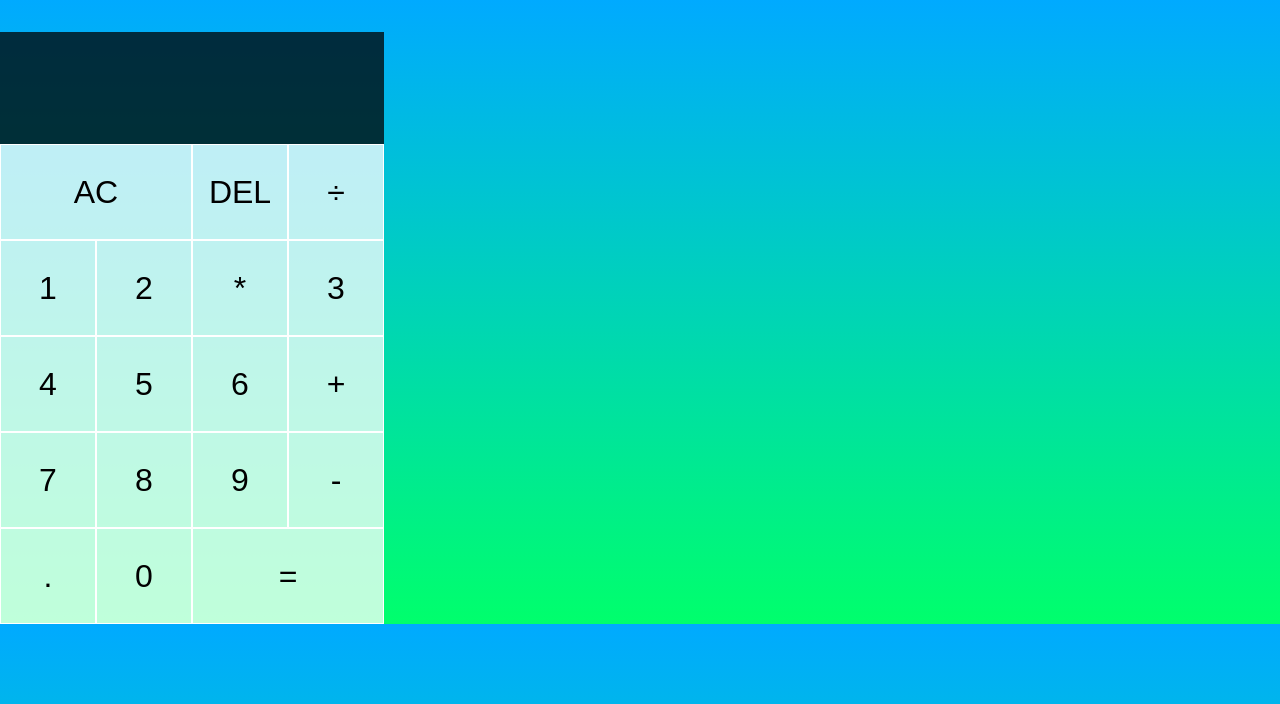
Repository: Ellisvelandia/Calculator
Page: /
These files come from the project's save history. The page is drawn as it stood at one moment and after the next save; the edit follows.
The browser window is 1280 px wide. The pictures show the whole page.
The project was rebuilt for these pictures with package versions that can differ from the ones it lists, and the page was loaded fresh each time. Also part of the build but not shown: src/index.css.

Above is the page before, as saved 2022-08-16 10:43:33.

After the next save:
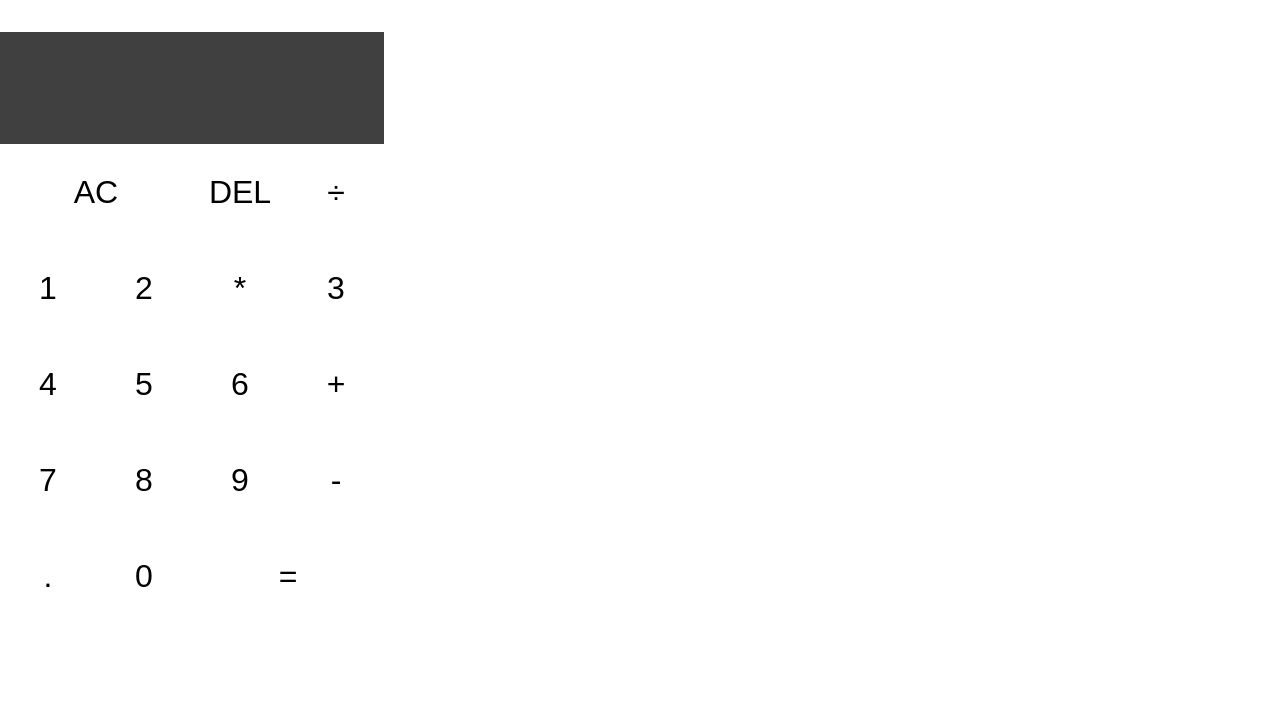
Saved 12 s later.
--- a/src/App.css
+++ b/src/App.css
@@ -6,7 +6,7 @@
 
 body {
   margin: 0;
-  background: linear-gradient( #00aaff, #00ff6c);
+  background-color: linear-gradient( #00aaff, #00ff6c);
 }
 
 .calculator-grid {

After the save that followed:
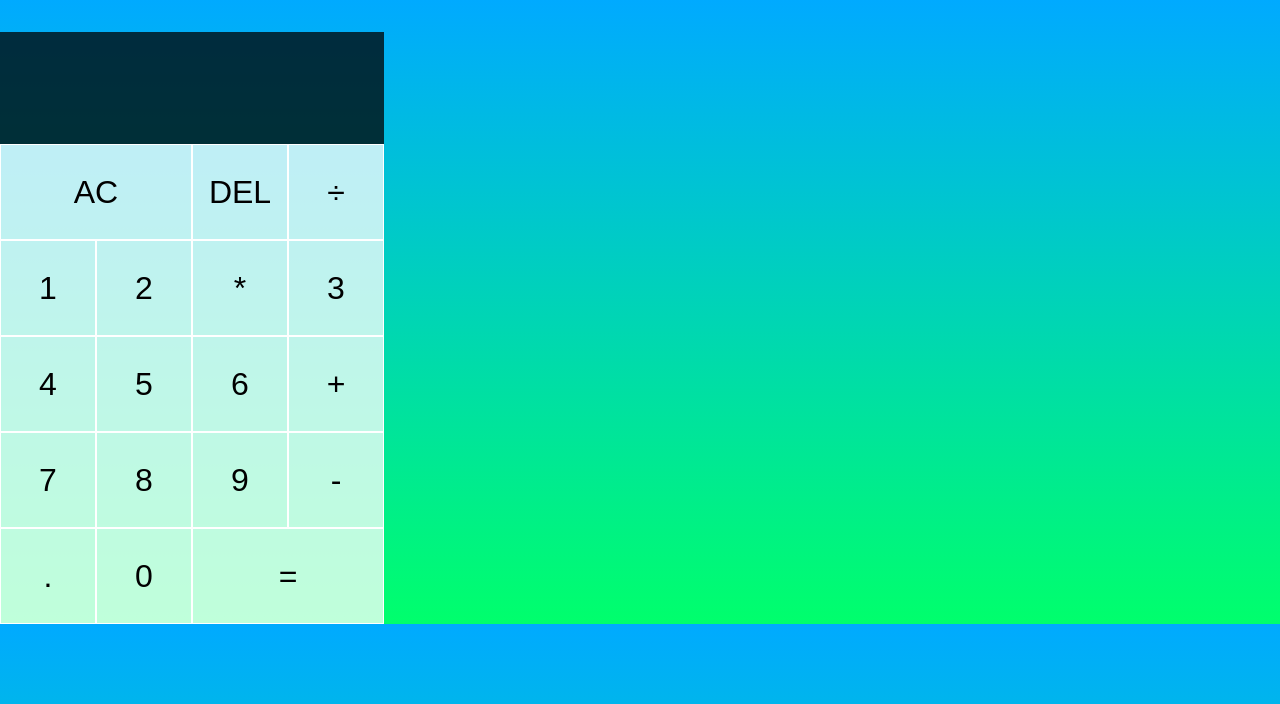
Saved 9 s later.
--- a/src/App.css
+++ b/src/App.css
@@ -6,7 +6,7 @@
 
 body {
   margin: 0;
-  background-color: linear-gradient( #00aaff, #00ff6c);
+  background: linear-gradient( #00aaff, #00ff6c);
 }
 
 .calculator-grid {
